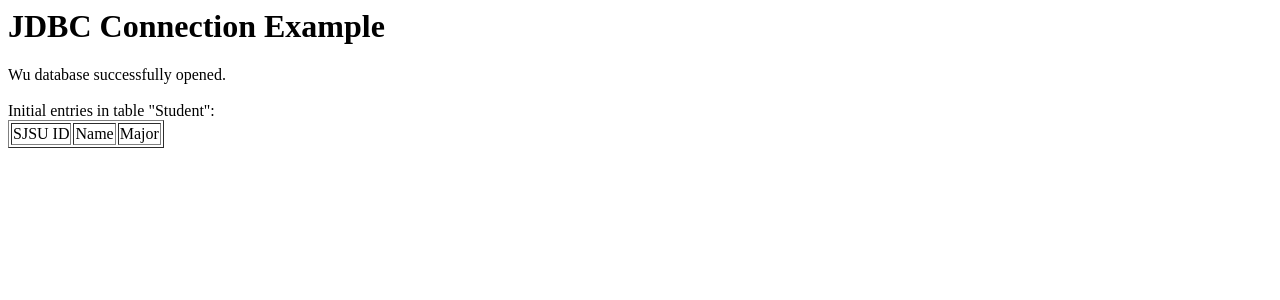
Repository: dannie-su-sjsu/CS157A-team6
Page: http://localhost/ToMovie/JDBCdemo.jsp
The author's editor kept a copy of each file at every save. The page is drawn from the files as they stood at one save, then again after the next save.
The browser window is 1280 px wide. The pictures show the whole page.
The page is served by Tomcat 9. Other server files are loaded and not shown. Queries for data that is not in the repository find no rows.

Above is the page before, as saved 2023-07-11 05:16:24.

### ToMovie/src/main/webapp/JDBCdemo.jsp
<%@ page import="java.sql.*"%>
<html>
  <head>
    <title>Three Tier Architecture Demo</title>
    </head>
  <body>
    <h1>JDBC Connection Example</h1>

    <table border="1">
      <tr>
        <td>SJSU ID</td>
        <td>Name</td>
        <td>Major</td>
   </tr>
    <%
     String db = "Wu";
        String user; // assumes database name is the same as username
          user = "root";
        String password = "CS157A@sjsu";
        try {

            java.sql.Connection con;
            Class.forName("com.mysql.jdbc.Driver");
            con = DriverManager.getConnection("jdbc:mysql://localhost:3306/Wu?autoReconnect=true&useSSL=false",user, password);
            out.println(db + " database successfully opened.<br/><br/>");

            out.println("Initial entries in table \"Student\": <br/>");
            Statement stmt = con.createStatement();
            ResultSet rs = stmt.executeQuery("SELECT * FROM Student");
            while (rs.next()) {
                out.println(rs.getInt(1) + "    " + rs.getString(2) + "    " + rs.getString(3) + "<br/><br/>");
            }
            rs.close();
            stmt.close();
            con.close();
        } catch(SQLException e) {
            out.println("SQLException caught: " + e.getMessage());
        }
    %>
  </body>
</html>

After the next save:
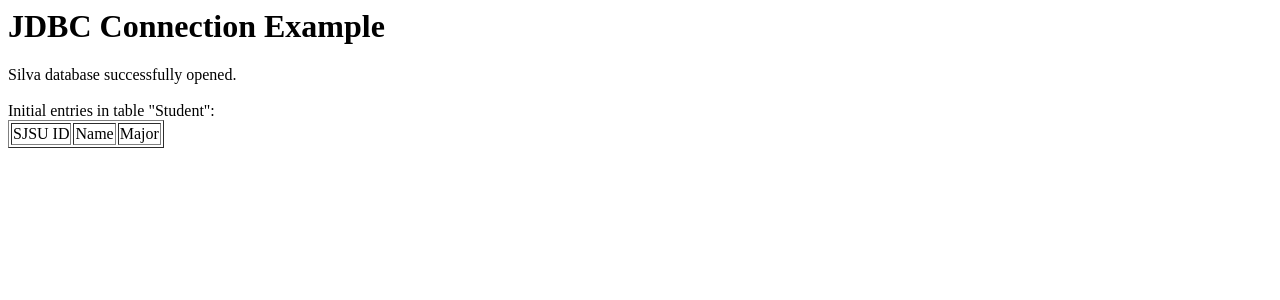
Saved 111 min 30 s later.
--- a/ToMovie/src/main/webapp/JDBCdemo.jsp
+++ b/ToMovie/src/main/webapp/JDBCdemo.jsp
@@ -13,15 +13,15 @@
         <td>Major</td>
    </tr>
     <%
-     String db = "Wu";
+     String db = "Silva";
         String user; // assumes database name is the same as username
           user = "root";
-        String password = "CS157A@sjsu";
+        String password = "Halo4mlg!";
         try {
 
             java.sql.Connection con;
             Class.forName("com.mysql.jdbc.Driver");
-            con = DriverManager.getConnection("jdbc:mysql://localhost:3306/Wu?autoReconnect=true&useSSL=false",user, password);
+            con = DriverManager.getConnection("jdbc:mysql://localhost:3306/Silva?autoReconnect=true&useSSL=false",user, password);
             out.println(db + " database successfully opened.<br/><br/>");
 
             out.println("Initial entries in table \"Student\": <br/>");
